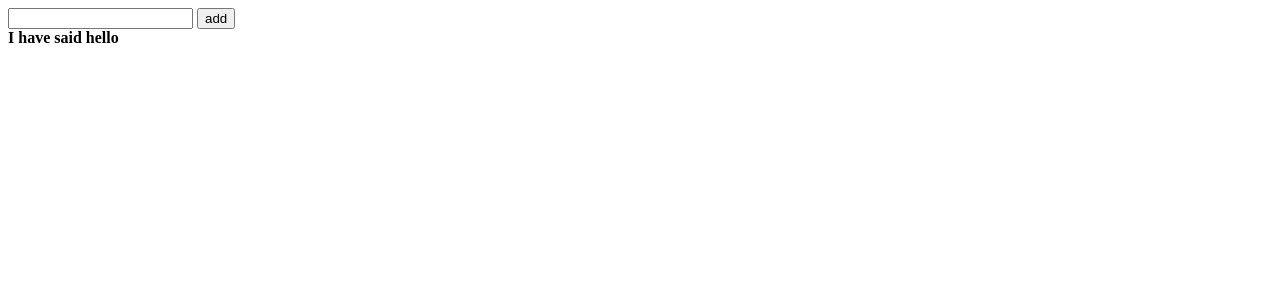
Repository: hafielyr/Mitrais-JavaServlet3Exercise
Page: http://localhost/ServletProject4/Servlet
These files come from the project's save history. The page is drawn as it stood at one moment and after the next save; the edit follows.
The browser window is 1280 px wide. The pictures show the whole page.
The page is served by Tomcat 9.

Above is the page before, as saved 2017-04-21 02:51:50.

### project4-exercise/ServletProject4/WebContent/hello.jsp
<%@ page language="java" contentType="text/html; charset=ISO-8859-1"
    pageEncoding="ISO-8859-1"%>
<%@taglib prefix="c" uri="http://java.sun.com/jsp/jstl/core"%>
<!DOCTYPE html PUBLIC "-//W3C//DTD HTML 4.01 Transitional//EN" "http://www.w3.org/TR/html4/loose.dtd">
<html>
<head>
<meta http-equiv="Content-Type" content="text/html; charset=ISO-8859-1">
<title>Insert title here</title>
</head>
<body>
<% String hello= (String) session.getAttribute("greeting"); %>
<% session.setAttribute("input","input"); %>
<form name="frm" method="post" action="">
<input type="text" id="add" name="input"/>
<input type="submit" value="add" >
</form>
<b>I have said <%= hello %></b>
<c:forEach items="${Students}" var="d">
	<tr>
		<td>${d}</td>
	<tr>
</c:forEach>
</body>
</html>

### project4-exercise/ServletProject4/src/ServletPackage/Servlet.java
package ServletPackage;

import java.io.IOException;
import java.util.ArrayList;

import javax.servlet.ServletException;
import javax.servlet.annotation.WebServlet;
import javax.servlet.http.HttpServlet;
import javax.servlet.http.HttpServletRequest;
import javax.servlet.http.HttpServletResponse;

/**
 * Servlet implementation class Servlet
 */
@WebServlet("/Servlet")
public class Servlet extends HttpServlet {
	private static final long serialVersionUID = 1L;
	ArrayList<String> Students=new ArrayList<String>();
	/**
	 * @see HttpServlet#doGet(HttpServletRequest request, HttpServletResponse response)
	 */
	protected void doGet(HttpServletRequest request, HttpServletResponse response) throws ServletException, IOException {
		// TODO Auto-generated method stub
		request.getSession().setAttribute("greeting", "hello");
		request.getRequestDispatcher("/hello.jsp").forward(request, response);
		//String input=(String)request.getSession().getAttribute("input");

	}

	protected void doPost(HttpServletRequest request, HttpServletResponse response) throws ServletException, IOException {
		String input =request.getParameter("input");
		Students.add(input);
		request.getSession().setAttribute("Students", Students);
		request.getRequestDispatcher("/hello.jsp").forward(request, response);
	}

}

After the next save:
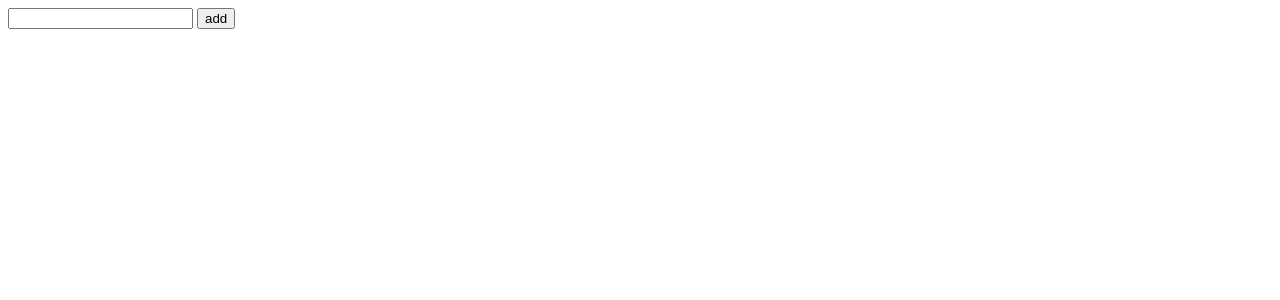
Saved 24 s later.
--- a/project4-exercise/ServletProject4/WebContent/hello.jsp
+++ b/project4-exercise/ServletProject4/WebContent/hello.jsp
@@ -8,13 +8,11 @@
 <title>Insert title here</title>
 </head>
 <body>
-<% String hello= (String) session.getAttribute("greeting"); %>
 <% session.setAttribute("input","input"); %>
 <form name="frm" method="post" action="">
 <input type="text" id="add" name="input"/>
 <input type="submit" value="add" >
 </form>
-<b>I have said <%= hello %></b>
 <c:forEach items="${Students}" var="d">
 	<tr>
 		<td>${d}</td>
